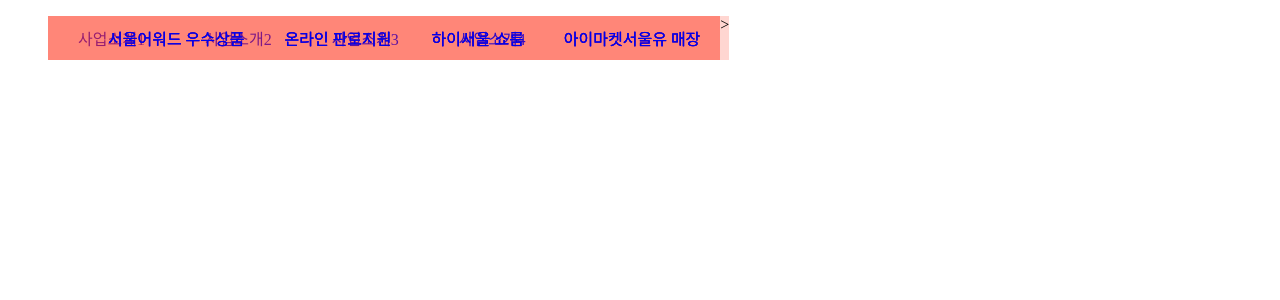
Repository: Ahn-jeong/javabasic
Page: 1.BasicJava/workspace/basic/WebContent/1024/각각메뉴슬라이드.html
The author's editor kept a copy of each file at every save. The page is drawn from the files as they stood at one save, then again after the next save.
The browser window is 1280 px wide. The pictures show the whole page.

Above is the page before, as saved 2019-10-24 05:18:48.

After the next save:
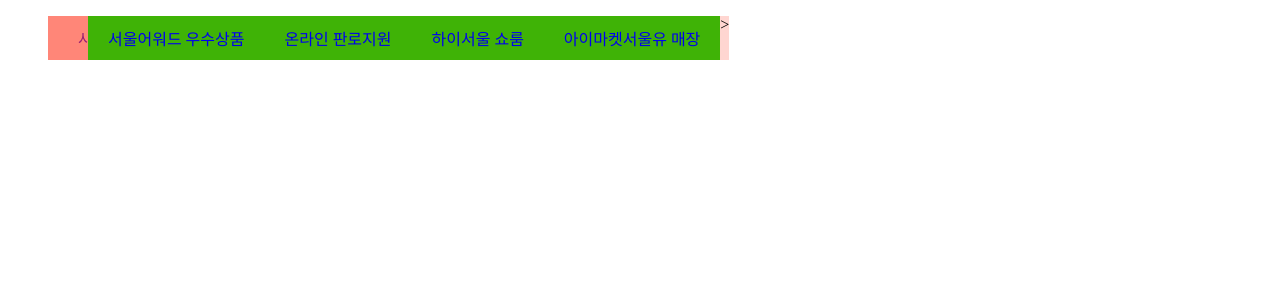
Saved 27 s later.
--- a/1.BasicJava/workspace/basic/WebContent/1024/각각메뉴슬라이드.html
+++ b/1.BasicJava/workspace/basic/WebContent/1024/각각메뉴슬라이드.html
@@ -42,6 +42,8 @@
 				display: block;
 				float : left;
 				padding : 10px 20px;
+				left : 0;
+				background: #3fb306;
 			}
 		</style>
 	</head>
